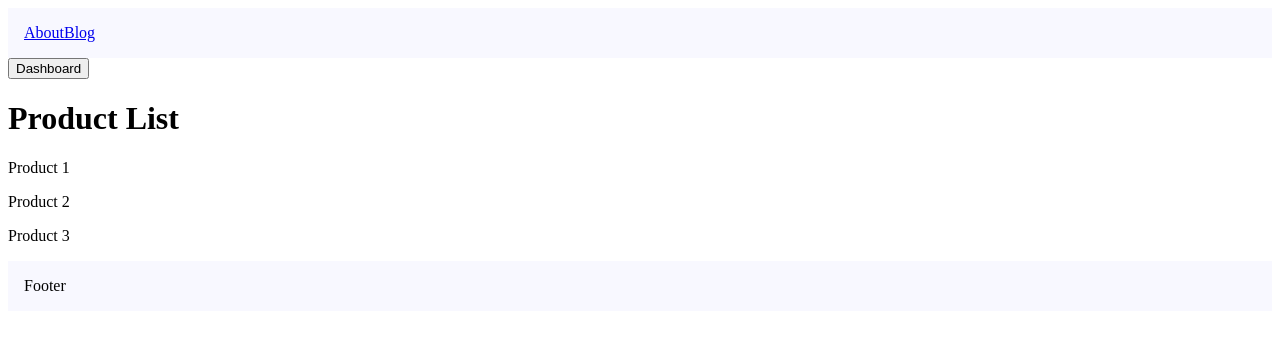
Repository: Mbote-Joseph/Nextjs-Learning
Page: /products
These files come from the project's save history. The page is drawn as it stood at one moment and after the next save; the edit follows.
The browser window is 1280 px wide. The pictures show the whole page.
The project was rebuilt for these pictures with package versions that can differ from the ones it lists, and the page was loaded fresh each time. The framework's server and built-in components were replaced by stand-ins that run in the browser. Also part of the build but not shown: next.config.mjs.

Above is the page before, as saved 2024-09-17 17:46:05.

After the next save:
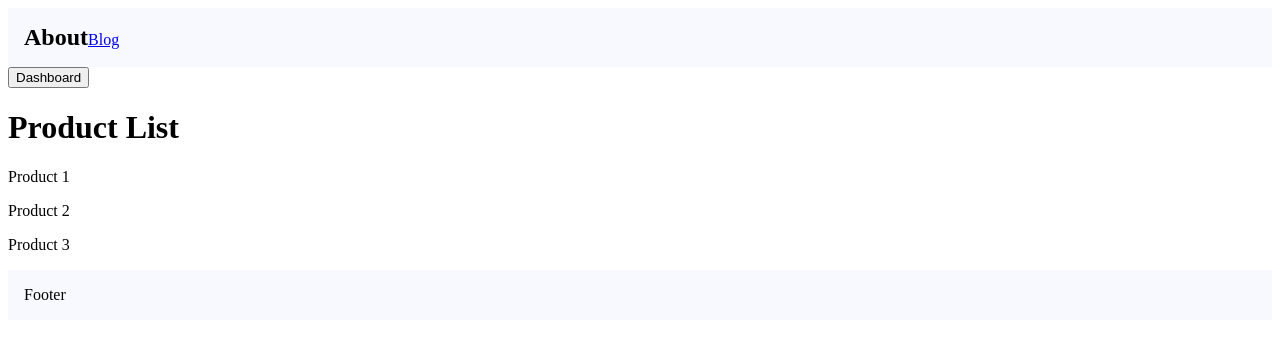
Saved 53 s later.
--- a/src/app/header.tsx
+++ b/src/app/header.tsx
@@ -5,7 +5,12 @@ export default function Header() {
             backgroundColor: "ghostwhite",
             padding: "1rem",
         }}>
-            <Link href="/about">About</Link>
+            <Link style={{
+                color: "black",
+                textDecoration: "none",
+                fontSize: "1.5rem",
+                fontWeight: "bold",
+            }} href="/about">About</Link>
             <Link href="/blog">Blog</Link>
 
         </header>
